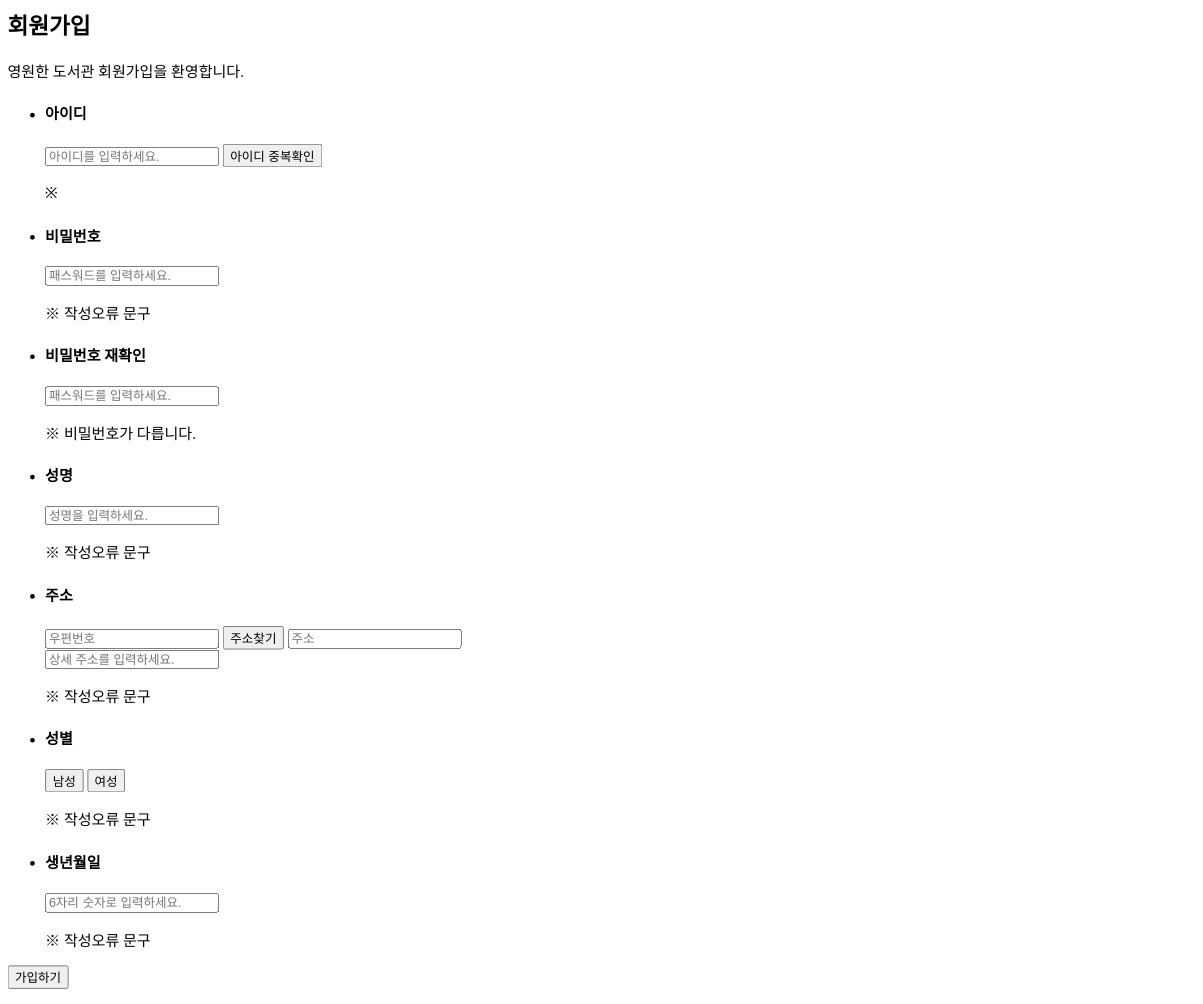
Repository: PacJ/spring_project
Page: http://localhost/spring_project/WEB-INF/views/user/signup.jsp
These files come from the project's save history. The page is drawn as it stood at one moment and after the next save; the edit follows.
The browser window is 1280 px wide. The pictures show the whole page, at 94% of full size.
The page is served by Tomcat 9. Nobody is signed in. Other server files are loaded and not shown. The template is opened directly, without the code that normally fills it, so the values that code supplies are empty.

Above is the page before, as saved 2023-03-08 05:24:14.
Console error: ReferenceError: $ is not defined

### spring_project/src/main/webapp/WEB-INF/views/user/signup.jsp
<%@ page language="java" contentType="text/html; charset=UTF-8"
    pageEncoding="UTF-8"%>
<script type="text/javascript">
$(document).ready(function(){

/*  	  $("#idCheck").click(function(){

	        let userId = $("#idCheckInput").val();

	        $.ajax({
	            type:'POST', //post 형식으로 controller 에 보내기위함!!
	            url:"/user/idCheck.do", // 컨트롤러로 가는 mapping 입력
	            data: {'userId':userId}, // 원하는 값을 중복확인하기위해서  JSON 형태로 DATA 전송
	            success: function(data){
	                if(data == "N"){
                	$('toggle').removeClass('on');
                	console.log("사용 가능");

	             }else{
	                 data="이미 사용중인 아이디입니다.";
	             	 $('toggle').addClass('on');
	             	 console.log("사용 불가");
	             }

	         },
	            error : function(error){alert(error);}
	        });

	    });  */

	    // 비밀번호 확인
	    $("input[name='userPw']").keyup(function() {
	    	if($("input[name='userPw']").val() != $("input[name='userPwCheck']").val()) {
	    		$('#pwCheck').addClass('on');
	    	} else {
	    		$('#pwCheck').removeClass('on');
	    	}
	    });

	    $("input[name='userPwCheck']").keyup(function() {
	    	if($("input[name='userPw']").val() != $("input[name='userPwCheck']").val()) {
	    		$('#pwCheck').addClass('on');
	    	} else {
	    		$('#pwCheck').removeClass('on');
	    	}
	    });

	function displayVals() {
		let postVal = $("#member_post").val();
		let addrVal = $("#member_addr").val();
		let extra = $("#extra").val();

		console.log(postVal);
		console.log(addrVal);
		console.log(extra);

		$("input[name='userAddress']").val(postVal + " " + addrVal + " " + extra);
	}


	$('#extra').keyup(function() {
		console.log($("#extra").val());
		displayVals();
	})
});
</script>
<!-- sign up -->
        <section class="sign_area">
            <article class="inner">
                <h2>회원가입</h2>
                <p>영원한 도서관 회원가입을 환영합니다.</p>
                <form class="signup_form" action="signup.do" method="post">
                    <ul>
                        <li class="id_input">
                            <h4>아이디</h4>
                            <input type="text" placeholder="아이디를 입력하세요." name="userId" id="idCheckInput"/>
                            <button type="button" id="idCheck">아이디 중복확인</button>
                            <p class="" id = "toggle">※ </p>
                        </li>
                        <li>
                            <h4>비밀번호</h4>
                            <input type="password" placeholder="패스워드를 입력하세요." name="userPw"/>
                            <p class="">※ 작성오류 문구</p>
                        </li>
                        <li>
                            <h4>비밀번호 재확인</h4>
                            <input type="password" placeholder="패스워드를 입력하세요." name="userPwCheck"/>
                            <p class="" id="pwCheck">※ 비밀번호가 다릅니다.</p>
                        </li>
                        <li>
                            <h4>성명</h4>
                            <input type="text" placeholder="성명을 입력하세요."  name="userName"/>
                            <p class="">※ 작성오류 문구</p>
                        </li>
                        <li class="addr_input">
                            <h4>주소</h4>

                            <input id="member_post" type="text" placeholder="우편번호" readonly>
                            <button class="addr_btn" type="button">주소찾기</button>
                            <input id="member_addr" type="text" placeholder="주소" readonly> <br>
                            <input type="text" id="extra" placeholder="상세 주소를 입력하세요.">
                            <input type="hidden" name=userAddress>
                            <p class="">※ 작성오류 문구</p>
                        </li>
                        <li class="sex_input">
                            <h4>성별</h4>
                            <input type="hidden" name="userSex" value="남성" />
                            <button type="button" class="radio_btn active">남성</button>
                            <button type="button" class="radio_btn">여성</button>

                            <p class="">※ 작성오류 문구</p>
                        </li>
                        <li>
                            <h4>생년월일</h4>
                            <input type="text" placeholder="6자리 숫자로 입력하세요." name=""/>
                            <p class="">※ 작성오류 문구</p>
                        </li>
                    </ul>
                    <button type="submit">가입하기</button>
                </form>
            </article>
        </section>

After the next save:
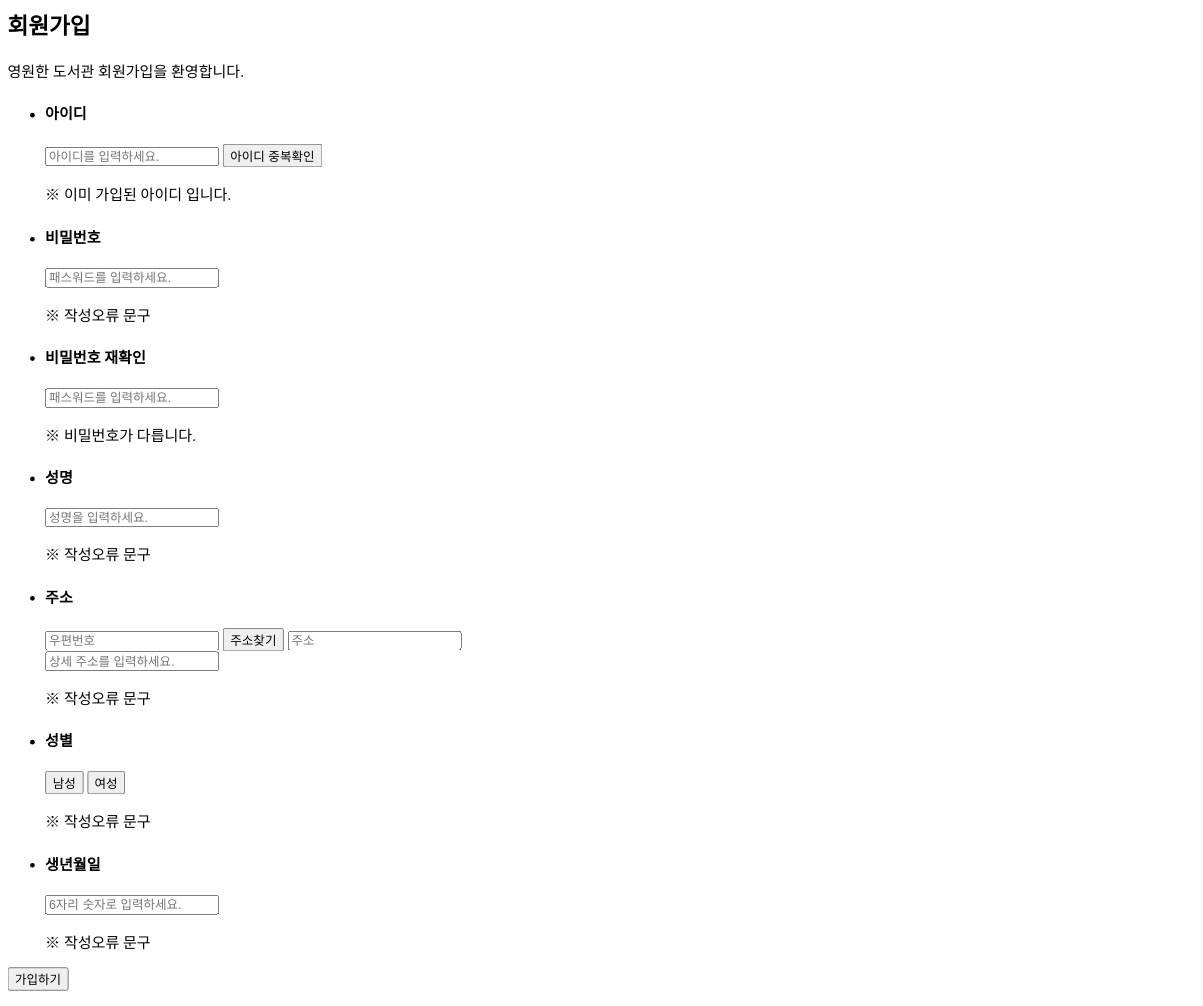
Saved 20 s later.
--- a/spring_project/src/main/webapp/WEB-INF/views/user/signup.jsp
+++ b/spring_project/src/main/webapp/WEB-INF/views/user/signup.jsp
@@ -75,7 +75,7 @@
                             <h4>아이디</h4>
                             <input type="text" placeholder="아이디를 입력하세요." name="userId" id="idCheckInput"/>
                             <button type="button" id="idCheck">아이디 중복확인</button>
-                            <p class="" id = "toggle">※ </p>
+                            <p class="" id = "toggle">※ 이미 가입된 아이디 입니다.</p>
                         </li>
                         <li>
                             <h4>비밀번호</h4>
